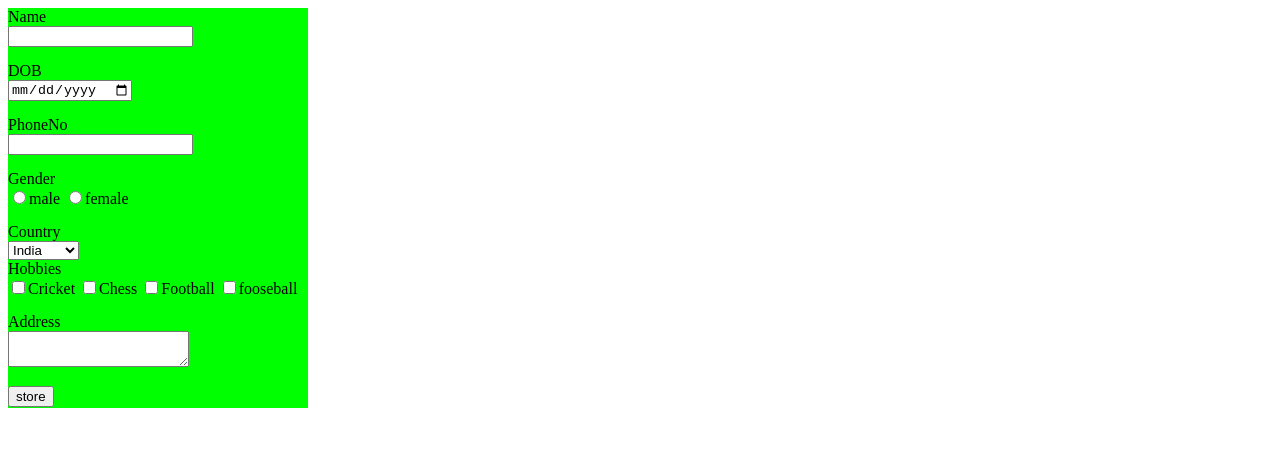
Repository: mnarendra333/batch21_WE
Page: RegApp/WebContent/index.html
The author's editor kept a copy of each file at every save. The page is drawn from the files as they stood at one save, then again after the next save.
The browser window is 1280 px wide. The pictures show the whole page.

Above is the page before, as saved 2019-02-10 07:18:12.

After the next save:
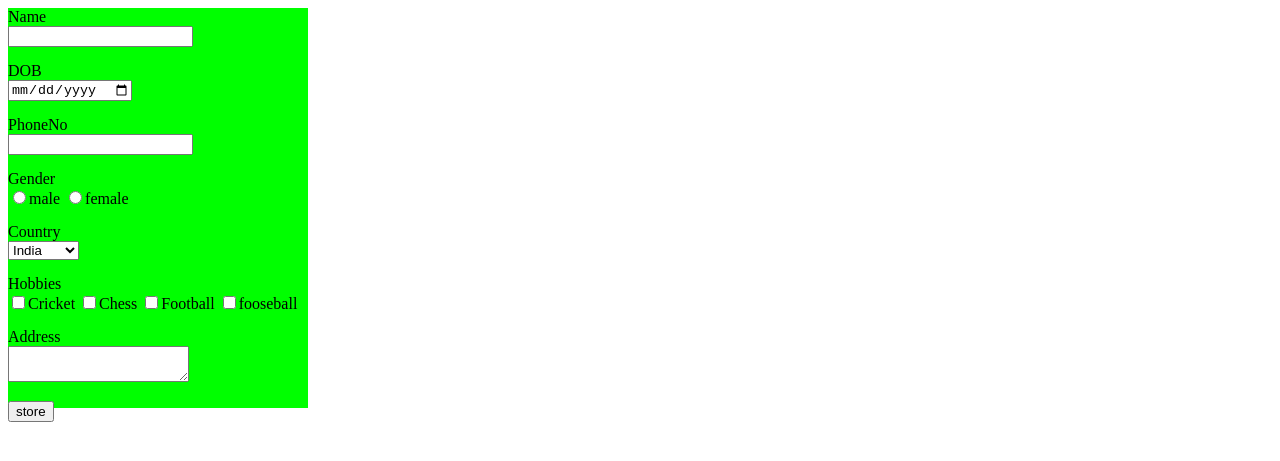
Saved 4 s later.
--- a/RegApp/WebContent/index.html
+++ b/RegApp/WebContent/index.html
@@ -51,7 +51,7 @@
 						type="radio" name="gender" value="female">female
 				</div>
 			</div>
-			<div class="">
+			<div class="rowDiv">
 				<div>Country</div>
 				<div>
 					<select name="country">
